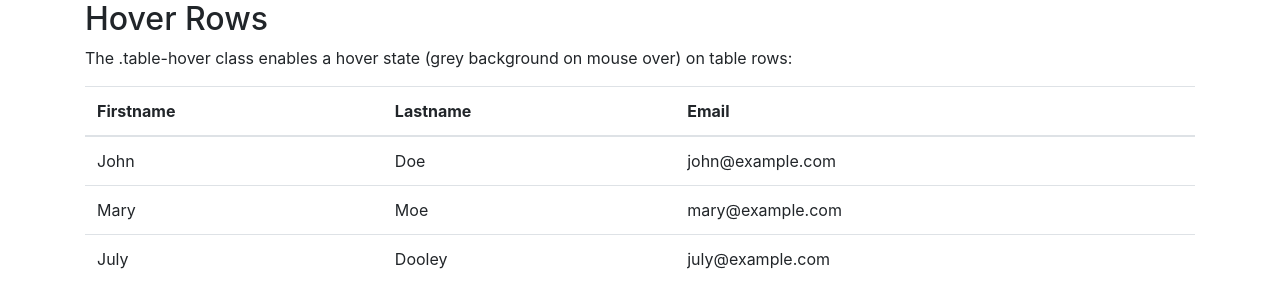
Repository: mijeon/egove_workspace
Page: http://localhost/commentBoard/board/list.jsp
The author's editor kept a copy of each file at every save. The page is drawn from the files as they stood at one save, then again after the next save.
The browser window is 1280 px wide. The pictures show the whole page.
The page is served by Tomcat 9.

Above is the page before, as saved 2023-06-17 07:45:01.

After the next save:
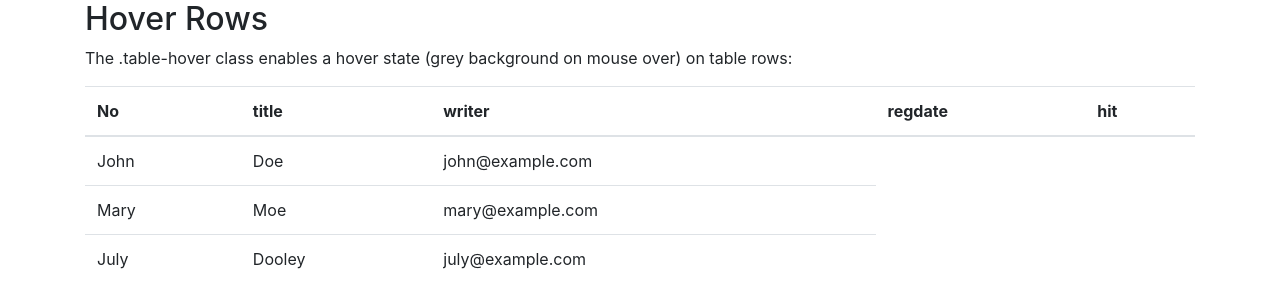
Saved 2 min 43 s later.
--- a/commentBoard/WebContent/board/list.jsp
+++ b/commentBoard/WebContent/board/list.jsp
@@ -23,9 +23,11 @@
 		<table class="table table-hover">
 			<thead>
 				<tr>
-					<th>Firstname</th>
-					<th>Lastname</th>
-					<th>Email</th>
+					<th>No</th>
+					<th>title</th>
+					<th>writer</th>
+					<th>regdate</th>
+					<th>hit</th>
 				</tr>
 			</thead>
 			<tbody>
